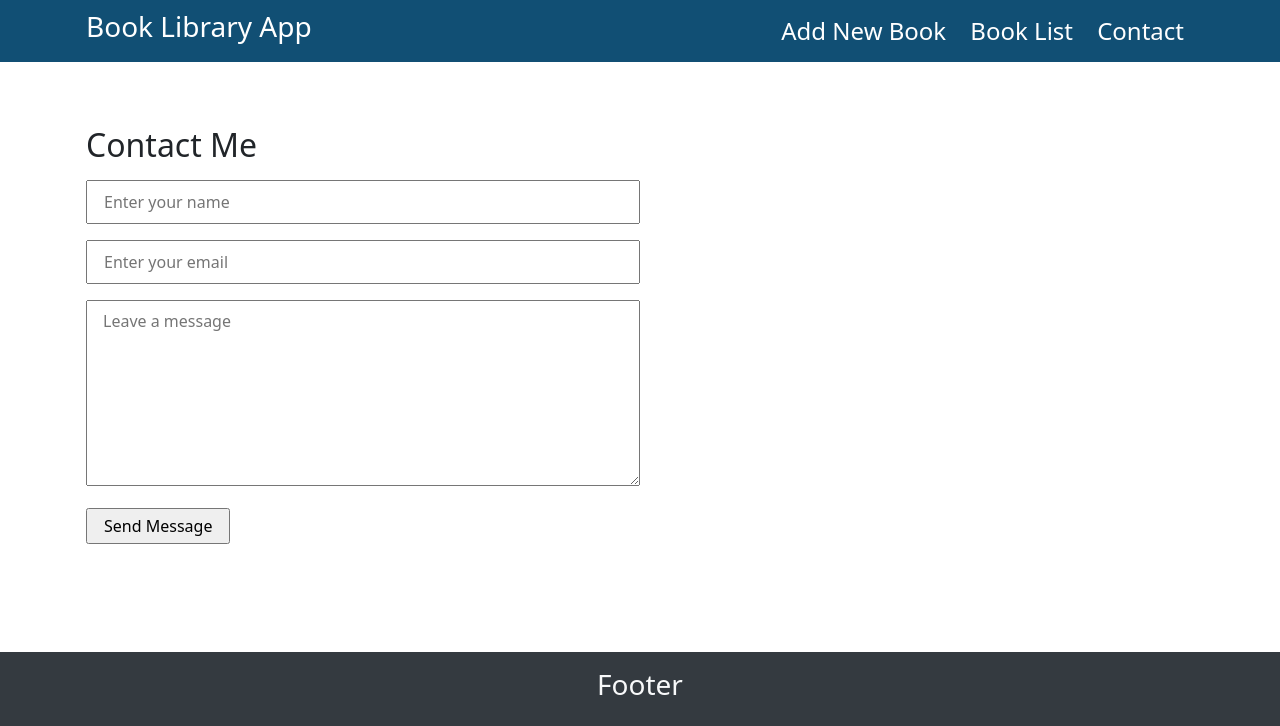
Repository: just-mann/booklibrary-app
Page: http://localhost/contact
The author's editor kept a copy of each file at every save. The page is drawn from the files as they stood at one save, then again after the next save.
The browser window is 1280 px wide. The pictures show the whole page.
The page is served by the project's Node server (app.js).

Above is the page before, as saved 2021-06-06 04:50:55.

### views/contact.ejs
<!DOCTYPE html>
<html lang="en">
<%- include('./partials/Header') %>
<body>
    <%- include('./partials/Navbar') %>
    <div class="container py-3 contact">
        <div class="w-50 p-5 px-0">
            <form class="px-0">
              <h2>Contact Me</h2>
                <div class="my-3">
                  <input class="px-3 py-2 name w-100" type="text" name="name" id="name" placeholder="Enter your name" required>
                </div>
                <div class="my-3">
                  <input class="px-3 py-2 email w-100" type="email" name="email" id="email" placeholder="Enter your email" required>
                </div>
                <div class="my-3">
                  <textarea class="px-3 py-2 w-100" name="message" id="" cols="30" rows="7" placeholder="Leave a message" required></textarea>
                </div>
                <div class="my-3">
                  <input class="px-3 py-1 submitBtn" type="submit" value="Send Message">
                </div>
            </form>
          </div>
    </div>
    <%- include('./partials/Footer') %>
</body>
</html>

### views/partials/Header.ejs
<head>
    <meta charset="UTF-8">
    <meta name="viewport" content="width=device-width, initial-scale=1.0">
    <title><%= title %></title>
    <link rel="stylesheet" href="https://stackpath.bootstrapcdn.com/bootstrap/5.0.0-alpha1/css/bootstrap.min.css" integrity="sha384-r4NyP46KrjDleawBgD5tp8Y7UzmLA05oM1iAEQ17CSuDqnUK2+k9luXQOfXJCJ4I" crossorigin="anonymous">
    <script src="https://cdn.jsdelivr.net/npm/popper.js@1.16.0/dist/umd/popper.min.js" integrity="sha384-Q6E9RHvbIyZFJoft+2mJbHaEWldlvI9IOYy5n3zV9zzTtmI3UksdQRVvoxMfooAo" crossorigin="anonymous"></script>
    <link rel="stylesheet" href="https://unpkg.com/aos@next/dist/aos.css" />
    <link rel="stylesheet" href="https://unpkg.com/aos@next/dist/aos.css" />
    <script src="https://stackpath.bootstrapcdn.com/bootstrap/5.0.0-alpha1/js/bootstrap.min.js" integrity="sha384-oesi62hOLfzrys4LxRF63OJCXdXDipiYWBnvTl9Y9/TRlw5xlKIEHpNyvvDShgf/" crossorigin="anonymous"></script>
    <link rel="stylesheet" href="/style.css">
  </head>

### views/partials/Navbar.ejs
<nav class="container-fluid sticky-top">
    <div class="container">
        <a href="/" class="logo"><h3>Book Library App</h3></a>
        <div class="nav__links">
            <a href="/">Add New Book</a>
            <a href="/booklist">Book List</a>
            <a href="/contact">Contact</a>
        </div>
    </div>
</nav>

### views/partials/Footer.ejs
<footer class="bg-dark py-3 text-light text-center">
    <script src="https://ajax.googleapis.com/ajax/libs/jquery/3.5.1/jquery.min.js"></script>
    <script src="/script.js"></script>
    <div class="container">
        <h3>Footer</h3>
    </div>
</footer>
<script src="https://unpkg.com/aos@next/dist/aos.js"></script>
<script>
  AOS.init();
</script>

### app.js
const express = require('express'); //import express package
const app = express(); //initialize the express app
const bodyParser = require('body-parser') //import body-parser to handle data from the form
const MongoClient = require('mongodb').MongoClient; //import the mongodbClient
const { ObjectId } = require('bson');
const dbName = 'myBookList';
const dbCollectionName = 'bookCollection';

const PORT = process.env.PORT || 5000;


// Configure the body-parser
app.use(bodyParser.urlencoded({ extended: true }));


// Make static files accessible
app.use(express.static('public'));


// Set View Engine
app.set('view engine', 'ejs');



// Connect to Database
const dbURI = 'mongodb+srv://bookUser:cUk4rECaXyAWsNz8@crud-tutorial.xd65d.mongodb.net/myBookList?retryWrites=true&w=majority';
MongoClient.connect(dbURI, { useUnifiedTopology: true })
    .then(client => {

        app.listen(PORT, () => {
            console.log(`App is now running on PORT ${PORT} and Database: ${dbName} is connected`)
        });

        const db = client.db(`${dbName}`);

        const myCollection = db.collection(`${dbCollectionName}`);

        app.post('/books', (req, res) => {
            myCollection.insertOne(req.body)
                .then(result => {
                    console.log('Item added to database...');
                })
                .catch(err => console.log(err));
            res.redirect('bookList');
        })

        app.get('/booklist', (req, res) => {
            myCollection.find().sort({_id: -1}).toArray()
                .then(result => {
                    res.render('bookList', { myList: result, title: "Book List" });
                })
                .catch(err => console.log(err));
        })


        app.get('/booklist/:id', (req, res) => {
            const id = req.params.id;
            myCollection.findOne({ _id: ObjectId(`${id}`)})
                .then(result => {
                    res.render('details', { singleBook: result, title: `Book Detail  -  ${result.title}` })
                })
                .catch(err => console.log(err));
        })


        app.delete('/booklist/:id', (req, res) => {
            const id = req.params.id;
            myCollection.deleteOne({_id: ObjectId(`${id}`)})
                .then(result => {
                    res.json({ redirect: '/booklist'})
                })
                .catch(err => console.log(err));
        })


        app.get('/', (req, res) => {
            res.render('index', { title: "Add New Book" });
        })


        app.get('/contact', (req, res) => {
            res.render('contact', { title: "Contact Me" });
        })

        app.use((req, res) => {
            res.status(404).render('404', { title: '404, Page Not Found'});
        })

    })
    .catch(err => console.log(err));

### public/style.css
* {
    padding: 0;
    margin: 0;
    box-sizing: border-box;
}
body {
    min-height: 100vh;
}

a {
    text-decoration: none;
}

nav {
    background-color: #114f74;
    padding: 10px 0px;
}

nav .container {
    display: flex;
    justify-content: space-between;
    align-items: center;
}

nav .container .logo h3 {
    color: #ffffff;
    font-weight: 350;
}

nav .container .nav__links {
    color: #ffffff;
}

nav .container .nav__links a {
    color: #ffffff;
    font-size: 1.5rem;
    padding: 10px 0px;
    margin: 0px 10px;
    font-weight: 300;
}

.nav__links a:hover {
    color: red;
}

.listDiv {
    display: flex;
    grid-template-columns: repeat(3, 1fr);
}

.list {
    max-width: 350px;
    min-height: 150px;
    margin: 0px 15px;
    background-color: #e2e2e2;
    border-left: 15px solid #41a1b9;
    opacity: 0.9;
    transition: opacity 0.6s;
}

.list:hover {
    opacity: 1;
}


/* Home Page */
.home {
    height: 82.3vh;
}

.home .homeDiv, .contact .contactDiv {
    /* background: yellow; */
    max-width: 400px;
    margin: 0 auto;
}



/* Book List Page */
.bookList {
    min-height: 81.3vh;
}






/* details page */
.details {
    height: 81.5vh;
}



.bookSummary {
    max-width: 500px;
    background: yellow;
}



/* Contact Page */
.contact {
    height: 82vh;
}

Loaded but not shown: public/script.js (no stored copy; drawn as an empty file)

After the next save:
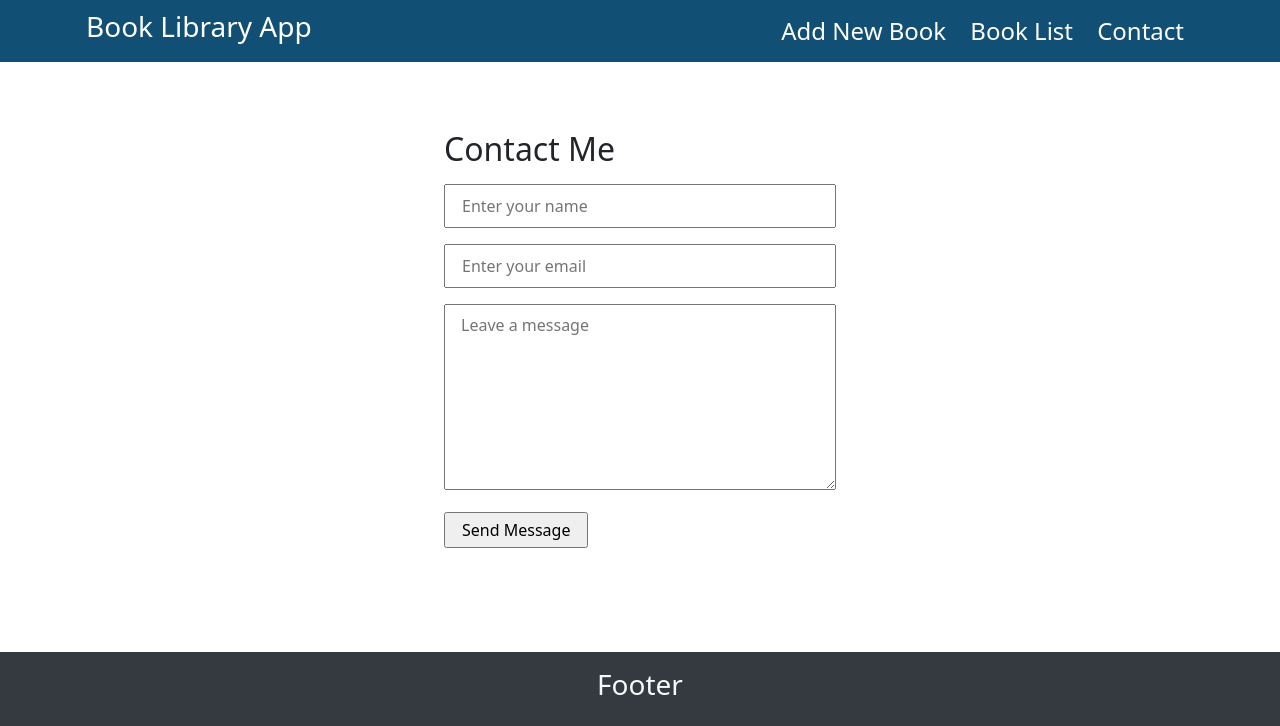
Saved 6 s later.
--- a/views/contact.ejs
+++ b/views/contact.ejs
@@ -4,7 +4,7 @@
 <body>
     <%- include('./partials/Navbar') %>
     <div class="container py-3 contact">
-        <div class="w-50 p-5 px-0">
+        <div class="p-5 p-xs-1 p-sm-1 p-md-1 py-2 px-0 mt-5 contactDiv">
             <form class="px-0">
               <h2>Contact Me</h2>
                 <div class="my-3">
